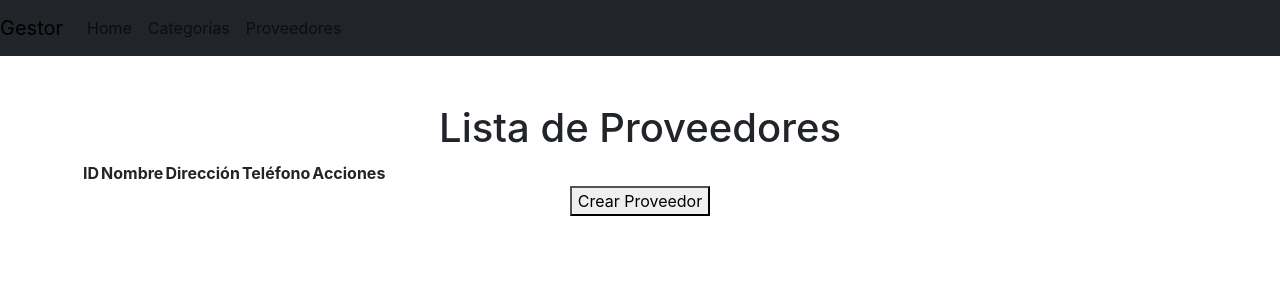
Repository: SantiagoGuaman/gestor-app
Page: /providers
These files come from the project's save history. The page is drawn as it stood at one moment and after a run of saves; the edit follows.
The browser window is 1280 px wide. The pictures show the whole page.
The page's requests for data from a server got no answer. The project was rebuilt for these pictures with package versions that can differ from the ones it lists, and the page was loaded fresh each time. No one was signed in, and anything a server would have sent is missing. Also part of the build but not shown: src/App.css, src/Categories/GetDataCategories.js, src/HomePage/HomePage.js.

Above is the page before, as saved 2024-02-14 11:13:42.

### public/index.html
<!DOCTYPE html>
<html lang="en">
  <head>
    <meta charset="utf-8" />
    <link rel="icon" href="%PUBLIC_URL%/favicon.ico" />
    <meta name="viewport" content="width=device-width, initial-scale=1" />
    <meta name="theme-color" content="#000000" />
    <meta
      name="description"
      content="Web site created using create-react-app"
    />
    <link rel="apple-touch-icon" href="%PUBLIC_URL%/logo192.png" />
    <!--
      manifest.json provides metadata used when your web app is installed on a
      user's mobile device or desktop. See https://developers.google.com/web/fundamentals/web-app-manifest/
    -->
    <link href="https://cdn.jsdelivr.net/npm/bootstrap@5.3.2/dist/css/bootstrap.min.css" rel="stylesheet" integrity="sha384-T3c6CoIi6uLrA9TneNEoa7RxnatzjcDSCmG1MXxSR1GAsXEV/Dwwykc2MPK8M2HN" crossorigin="anonymous">
    <link rel="manifest" href="%PUBLIC_URL%/manifest.json" />
    <!--
      Notice the use of %PUBLIC_URL% in the tags above.
      It will be replaced with the URL of the `public` folder during the build.
      Only files inside the `public` folder can be referenced from the HTML.

      Unlike "/favicon.ico" or "favicon.ico", "%PUBLIC_URL%/favicon.ico" will
      work correctly both with client-side routing and a non-root public URL.
      Learn how to configure a non-root public URL by running `npm run build`.
    -->
    <title>Gestor APP</title>
  </head>
  <body>
    <noscript>You need to enable JavaScript to run this app.</noscript>
    <div id="root"></div>
    <!--
      This HTML file is a template.
      If you open it directly in the browser, you will see an empty page.

      You can add webfonts, meta tags, or analytics to this file.
      The build step will place the bundled scripts into the <body> tag.

      To begin the development, run `npm start` or `yarn start`.
      To create a production bundle, use `npm run build` or `yarn build`.
    -->
  </body>
  <script src="https://cdn.jsdelivr.net/npm/bootstrap@5.3.2/dist/js/bootstrap.bundle.min.js" integrity="sha384-C6RzsynM9kWDrMNeT87bh95OGNyZPhcTNXj1NW7RuBCsyN/o0jlpcV8Qyq46cDfL" crossorigin="anonymous"></script>
</html>

### src/App.js
import { BrowserRouter, Route, Routes } from 'react-router-dom';
import './App.css';
import GetDataCategories from './Categories/GetDataCategories';
import NavBar from './NavBar/NavBar';
import GetDataProviders from './Proveedores/GetDataProviders';
import HomePage from './HomePage/HomePage';

function App() {
  return (
    <div>
      <BrowserRouter>
        <NavBar />
        <Routes>
          <Route exact path='/' element={<HomePage />} />
          <Route exact path='/categories' element={<GetDataCategories />} />
          <Route exact path='/providers' element={<GetDataProviders />} />
        </Routes>
      </BrowserRouter>
    </div>
  );
}

export default App;

### src/NavBar/NavBar.js
import React from 'react'
import { Link } from 'react-router-dom'

function NavBar() {
    return (
        <nav className="navbar navbar-expand-lg navbar-light bg-dark lg">
            <Link className="navbar-brand" to="/">Gestor</Link>
            <button className="navbar-toggler" type="button" data-toggle="collapse" data-target="#navbarNav" aria-controls="navbarNav" aria-expanded="false" aria-label="Toggle navigation">
                <span className="navbar-toggler-icon"></span>
            </button>
            <div className="collapse navbar-collapse" id="navbarNav">
                <ul className="navbar-nav">
                    <li className="nav-item active">
                        <Link className="nav-link" to="/">Home</Link>
                    </li>
                    <li className="nav-item">
                        <Link className="nav-link" to="/categories">Categorías</Link>
                    </li>
                    <li className="nav-item">
                        <Link className="nav-link" to="/providers">Proveedores</Link>
                    </li>
                </ul>
            </div>
        </nav>
    )
}

export default NavBar

### src/Proveedores/GetDataProviders.js
import React, { useEffect, useState } from 'react'

function GetDataProviders() {

    const endPoint = 'http://localhost:8080/api/proveedores';

    const [proveedores, setProveedores] = useState([]);
    const [newProveedor, setNewProveedor] = useState('');
    const [editProveedor, setEditProveedor] = useState({
        nombre: '',
        direccion: '',
        telefono: ''
    });
    const [isCreateModalOpen, setCreateModalOpen] = useState(false);

    const fetchData = async () => {
        try {
            const response = await fetch(endPoint);
            if (response.ok) {
                const data = await response.json();
                setProveedores(data);
            }
        } catch (error) {
            console.error("Error fetching data:", error);
        }
    };

    const handleCreate = async () => {
        try {
            const response = await fetch(endPoint, {
                method: 'POST',
                headers: {
                    'Content-Type': 'application/json',
                },
                body: JSON.stringify({
                    nombre: newProveedor,
                    direccion: newProveedor,
                    telefono: newProveedor
                }),
            });

            if (response.ok) {
                console.log('Proveedor creado exitosamente');
                fetchData();
                setNewProveedor('');
                setCreateModalOpen(false);
            } else {
                console.error('Error al crear el Proveedor');
            }
        } catch (error) {
            console.error('Error al procesar la solicitud de creación:', error);
        }
    };

    const handleEdit = (proveedor) => {
        setEditProveedor(proveedor);
    };

    const handleUpdate = async () => {
        try {
            const response = await fetch(`${endPoint}/${editProveedor.id}`, {
                method: 'PUT',
                headers: {
                    'Content-Type': 'application/json',
                },
                body: JSON.stringify(editProveedor),
            });

            if (response.ok) {
                console.log('Proveedor actualizado exitosamente');
                fetchData();
                setEditProveedor({
                    id: null,
                    nombre: '',
                    direccion: '',
                    telefono: ''
                });
            } else {
                console.error('Error al actualizar el Proveedor');
            }
        } catch (error) {
            console.error('Error al procesar la solicitud de actualización:', error);
        }
    };

    useEffect(() => {
        fetchData();
    }, []);

    return (
        <div className='container text-center mt-5'>
            <h1>Lista de Proveedores</h1>
            <table>
                <thead>
                    <tr>
                        <th>ID</th>
                        <th>Nombre</th>
                        <th>Dirección</th>
                        <th>Teléfono</th>
                        <th>Acciones</th>
                    </tr>
                </thead>
                <tbody>
                    {proveedores.map((proveedor) => (
                        <tr key={proveedor.id_proveedor}>
                            <td>{proveedor.id_proveedor}</td>
                            <td>{proveedor.nombre}</td>
                            <td>{proveedor.direccion}</td>
                            <td>{proveedor.telefono}</td>
                            <td>
                                <button onClick={() => handleEdit(proveedor)}>Editar</button>
                            </td>
                        </tr>
                    ))}
                </tbody>
            </table>
            <button onClick={() => setCreateModalOpen(true)}>Crear Proveedor</button>
            {isCreateModalOpen && (
                <div>
                    <h2>Crear Nuevo Proveedor</h2>
                    <input
                        type="text"
                        value={newProveedor}
                        onChange={(e) => setNewProveedor(e.target.value)}
                    />
                    <button onClick={handleCreate}>Crear</button>
                </div>
            )}
            {editProveedor.id && (
                <div>
                    <h2>Editar Proveedor</h2>
                    <input
                        type="text"
                        value={editProveedor.nombre}
                        onChange={(e) => setEditProveedor({ ...editProveedor, nombre: e.target.value })}
                    />
                    <input
                        type="text"
                        value={editProveedor.direccion}
                        onChange={(e) => setEditProveedor({ ...editProveedor, direccion: e.target.value })}
                    />
                    <input
                        type="text"
                        value={editProveedor.telefono}
                        onChange={(e) => setEditProveedor({ ...editProveedor, telefono: e.target.value })}
                    />
                    <button onClick={handleUpdate}>Guardar</button>
                </div>
            )}
        </div>
    );
}

export default GetDataProviders

Loaded but not shown: src/index.js (common file); src/index.css (common file); src/reportWebVitals.js (common file)

After the next 2 saves:
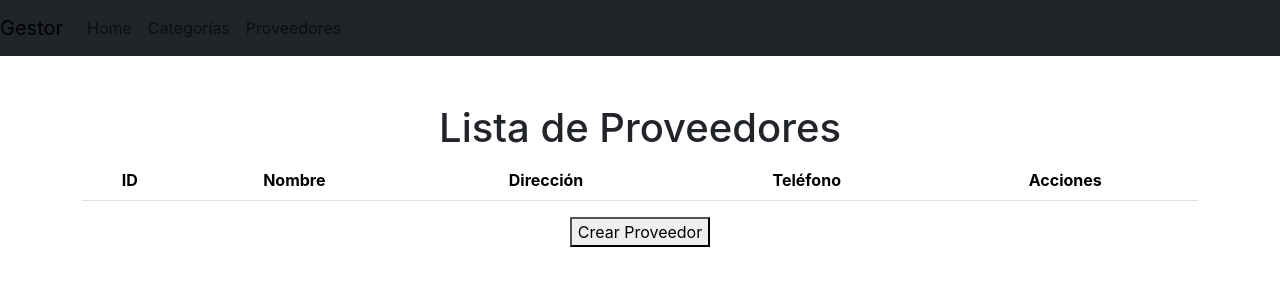
The 2 saves are shown as one change because they came seconds apart.
The last was saved 66 s later.
--- a/src/Proveedores/GetDataProviders.js
+++ b/src/Proveedores/GetDataProviders.js
@@ -90,7 +90,7 @@ function GetDataProviders() {
     return (
         <div className='container text-center mt-5'>
             <h1>Lista de Proveedores</h1>
-            <table>
+            <table className="table table-hover">
                 <thead>
                     <tr>
                         <th>ID</th>
